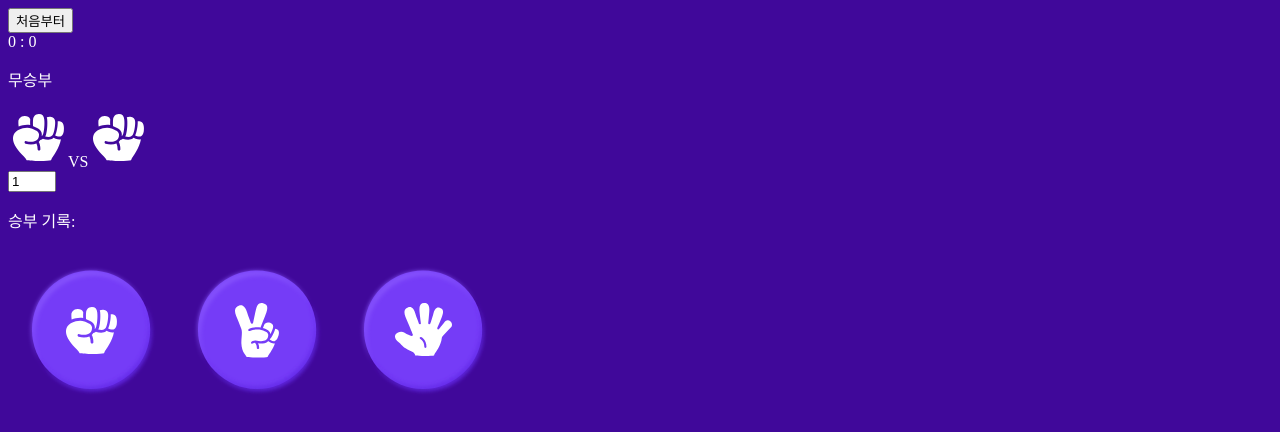
Repository: HI-CLAIRE/s.s.a.f.y_java
Page: / (app in codeit/rock-scissor-paper/)
These files come from the project's save history. The page is drawn as it stood at one moment and after the next save; the edit follows.
The browser window is 1280 px wide. The pictures show the whole page.
The project was rebuilt for these pictures with package versions that can differ from the ones it lists, and the page was loaded fresh each time.

Above is the page before, as saved 2022-12-16 09:31:26.

### codeit/rock-scissor-paper/public/index.html
<!DOCTYPE html>
<html lang="ko">
  <head>
    <meta charset="utf-8" />
    <title>가위바위보</title>
    <style>
      body {
        background-color: #40089a;
        color: #fff;
      }
    </style>
  </head>
  <body>
    <div id="root"></div>
  </body>
</html>

### codeit/rock-scissor-paper/src/App.js
import Button from "./Button";
import HandButton from "./HandButton";
import HandIcon from "./HandIcon";
import { compareHand, generateRandomHand } from "./utils";
import { useState } from "react";

function getResult(me, other) {
  const comparison = compareHand(me, other);
  if (comparison > 0) return "승리";
  if (comparison < 0) return "패배";
  return "무승부";
}
const INITIAL_VALUE = "rock";

function App() {
  const [hand, setHand] = useState(INITIAL_VALUE);
  const [otherHand, setOtherHand] = useState(INITIAL_VALUE);
  const [gameHistory, setGameHistory] = useState([]); // 기록
  const [score, setScore] = useState(0); // 내 점수
  const [otherScore, setOtherScore] = useState(0); // 상대편 점수
  const [bet, setBet] = useState(1); // 베팅점수

  const handleButtonClick = (nextHand) => {
    const nextOtherHand = generateRandomHand();
    const nextHistoryItem = getResult(hand, otherHand);
    const comparison = compareHand(nextHand, nextOtherHand);

    setHand(nextHand);
    setOtherHand(nextOtherHand);
    setGameHistory([...gameHistory, nextHistoryItem]);
    if (comparison > 0) setScore(score + bet); // 내가 이겼을 때
    if (comparison < 0) setOtherScore(otherScore + bet); // 상대가 이겼을 때
  };

  const handleClearClick = () => {
    setHand(INITIAL_VALUE);
    setOtherHand(INITIAL_VALUE);
    setGameHistory([]);
    setScore(0);
    setOtherScore(0);
    setBet(1);
  };

  // 베팅 핸들러 함수
const handleBetChange = (e) => {
  let num = Number(e.target.value);
  if (num > 9) num %= 10; // 1과 9 사이의 숫자로 만들어 줌
  if (num < 1) num = 1;
  num = Math.floor(num);
  setBet(num);
};

  return (
    <div>
      <Button onClick={handleClearClick}>처음부터</Button>
      <div>
        {score} : {otherScore}
      </div>
      <p>{getResult(hand, otherHand)}</p>
      <div>
        <HandIcon value={hand} />
        VS
        <HandIcon value={otherHand} />
      </div>
      <div>
        <input
          type="number"
          value={bet}
          min={1}
          max={9}
          onChange={handleBetChange}
        />
      </div>
      <div>
        <p>승부 기록: {gameHistory.join(", ")}</p>
      </div>
      <div>
        <HandButton value="rock" onClick={handleButtonClick} />
        <HandButton value="scissor" onClick={handleButtonClick} />
        <HandButton value="paper" onClick={handleButtonClick} />
      </div>
    </div>
  );
}

export default App;

### codeit/rock-scissor-paper/src/Button.js
function Button({ children, onClick }) {
  return <button onClick={onClick}>{ children }</button>;
}

export default Button;

### codeit/rock-scissor-paper/src/HandButton.js
import HandIcon from "./HandIcon";
import './HandButton.css';

function HandButton({ value, onClick }) {
  const handleClick = () => onClick(value);
  const classNames = `HandButton`
  return (
    <button className={classNames} onClick={handleClick}>
      <HandIcon value={value} />
    </button>
  );
}

export default HandButton;

### codeit/rock-scissor-paper/src/HandIcon.js
import rockImg from "./assets/rock.svg";
import scissorImg from "./assets/scissor.svg";
import paperImg from "./assets/paper.svg";

const IMAGES = {
  rock: rockImg,
  scissor: scissorImg,
  paper: paperImg,
}

function HandIcon({ value }) {
  const src = IMAGES[value];
  return <img src={src} alt={value} />;
}

export default HandIcon;

### codeit/rock-scissor-paper/src/utils.js
const HANDS = ['rock', 'scissor', 'paper'];

const WINS = {
  rock: 'scissor',
  scissor: 'paper',
  paper: 'rock'
};

// 두 개 비교
export function compareHand(a, b) {
  if(WINS[a] === b)
    return 1;
  if(WINS[b] === a)
    return -1;
  return 0;
}

function random(n) {
  return Math.floor(Math.random() * n);
}

// HANDS 중 random
export function generateRandomHand() {
  const idx = random(HANDS.length);
  return HANDS[idx];
}

### codeit/rock-scissor-paper/src/HandButton.css
.HandButton {
  width: 166px;
  height: 166px;
  border: none;
  outline: none;
  text-align: center;
  cursor: pointer;
  background-color: transparent;
  background-image: url('./assets/purple.svg');
  background-repeat: no-repeat;
  background-position: center;
  background-size: contain;
}

.HandButton .HandButton-icon {
  opacity: 0.45;
  width: 55px;
  height: 55px;
}

.HandButton:hover {
  background-image: url('./assets/yellow.svg');
}

.HandButton:hover .HandButton-icon {
  opacity: 0.87;
}

Loaded but not shown: codeit/rock-scissor-paper/src/index.js (common file)

After the next save:
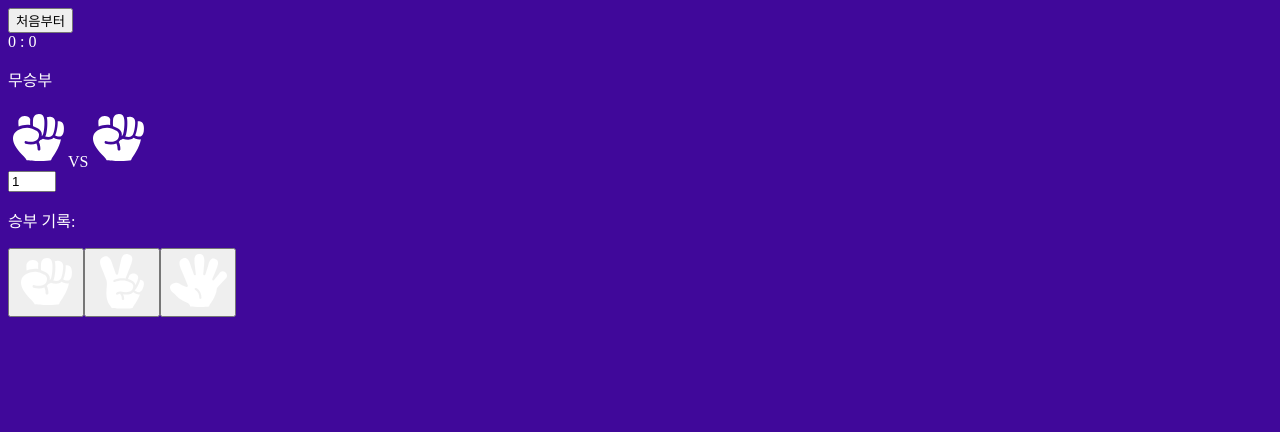
Saved 72 s later.
--- a/codeit/rock-scissor-paper/src/HandButton.js
+++ b/codeit/rock-scissor-paper/src/HandButton.js
@@ -1,5 +1,4 @@
 import HandIcon from "./HandIcon";
-import './HandButton.css';
 
 function HandButton({ value, onClick }) {
   const handleClick = () => onClick(value);

After the 5 saves that followed:
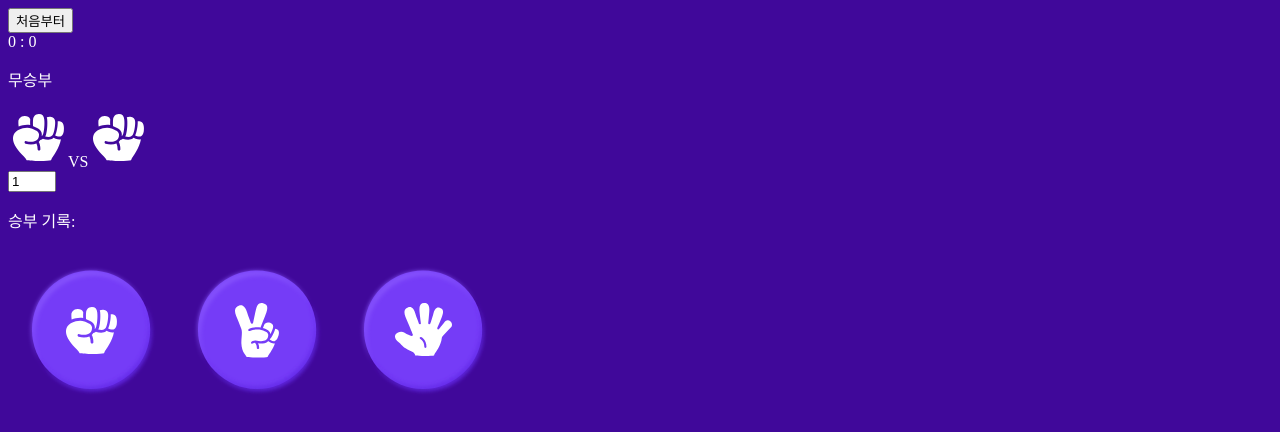
The 5 saves are shown as one change because 1 left the picture as it was and some came seconds apart.
The last was saved 66 s later.
--- a/codeit/rock-scissor-paper/src/HandIcon.js
+++ b/codeit/rock-scissor-paper/src/HandIcon.js
@@ -1,6 +1,7 @@
 import rockImg from "./assets/rock.svg";
 import scissorImg from "./assets/scissor.svg";
 import paperImg from "./assets/paper.svg";
+import './HandButton.css';
 
 const IMAGES = {
   rock: rockImg,
